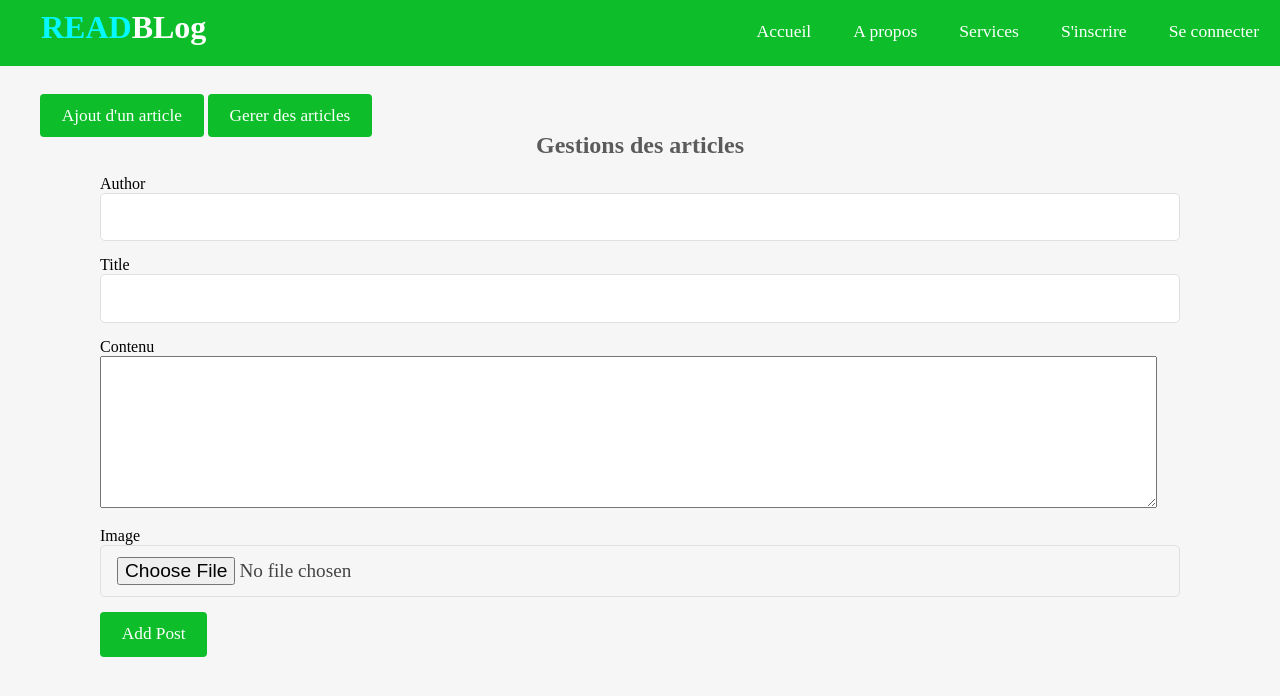
Repository: ahamie71/miniblog
Page: http://localhost/admin/create.php
The author's editor kept a copy of each file at every save. The page is drawn from the files as they stood at one save, then again after a run of saves.
The browser window is 1280 px wide. The pictures show the whole page.
The page is run by PHP 8.4 with error messages shown; the project is at /var/www/html/.

Above is the page before, as saved 2023-02-28 21:35:39.

After the next 2 saves:
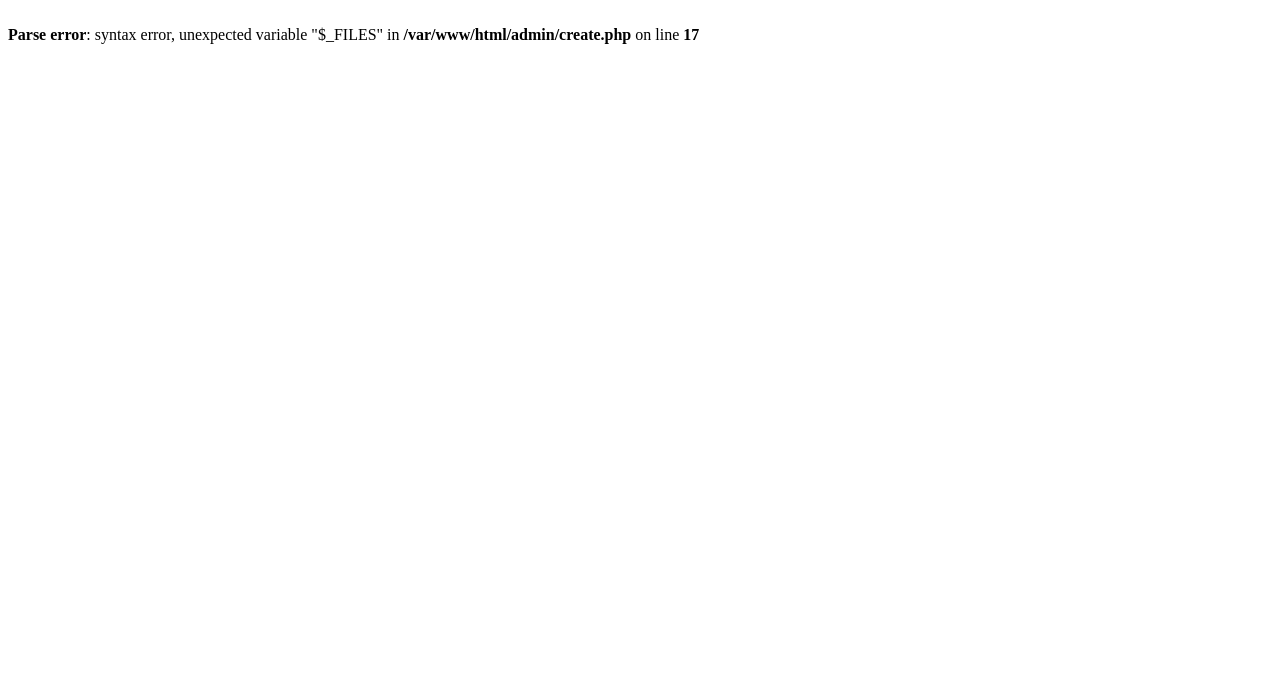
The 2 saves are shown as one change because they came seconds apart.
The last was saved 9 s later.
--- a/admin/create.php
+++ b/admin/create.php
@@ -14,7 +14,7 @@
 
     // traitement d'image
     if (!empty($_FILES['image']['name'])) {
-        $image_name =time(). $_FILES['image']['name'];
+        $image_name =time().'-' $_FILES['image']['name'];
         // on creer une destination
         $destination = "../images/$image_name";
 

After the save that followed:
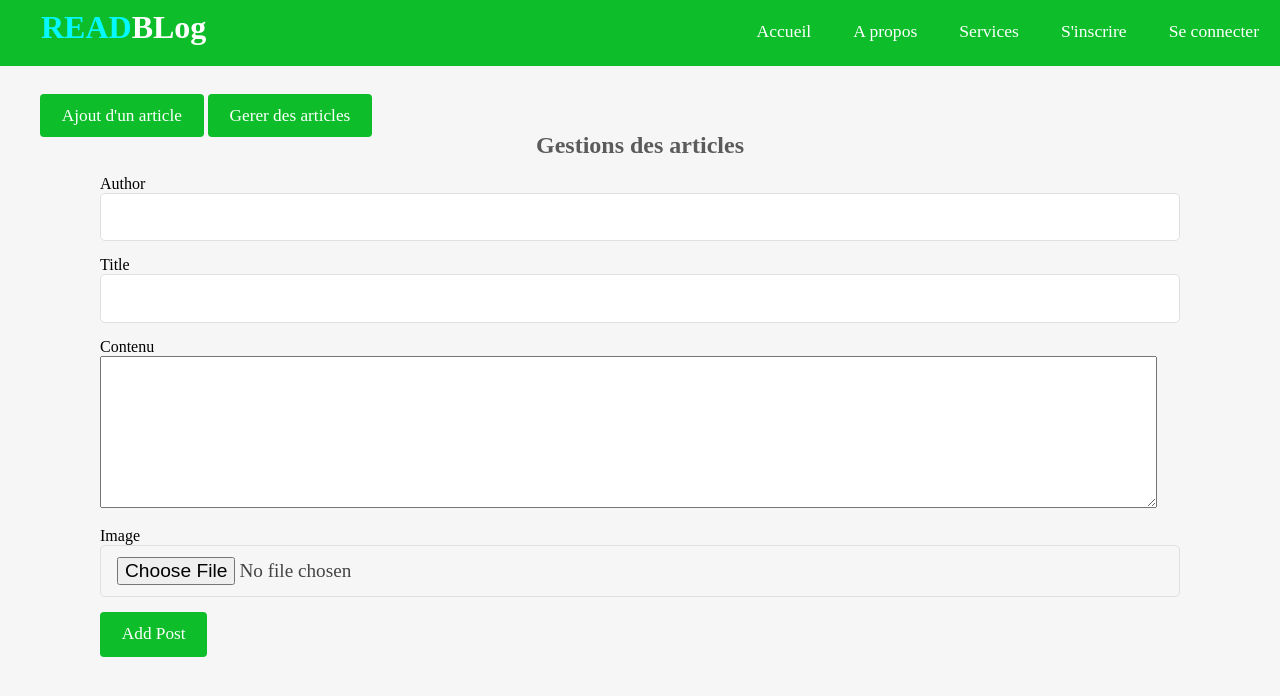
Saved 5 s later.
--- a/admin/create.php
+++ b/admin/create.php
@@ -14,7 +14,7 @@
 
     // traitement d'image
     if (!empty($_FILES['image']['name'])) {
-        $image_name =time().'-' $_FILES['image']['name'];
+        $image_name =time().'-'. $_FILES['image']['name'];
         // on creer une destination
         $destination = "../images/$image_name";
 
